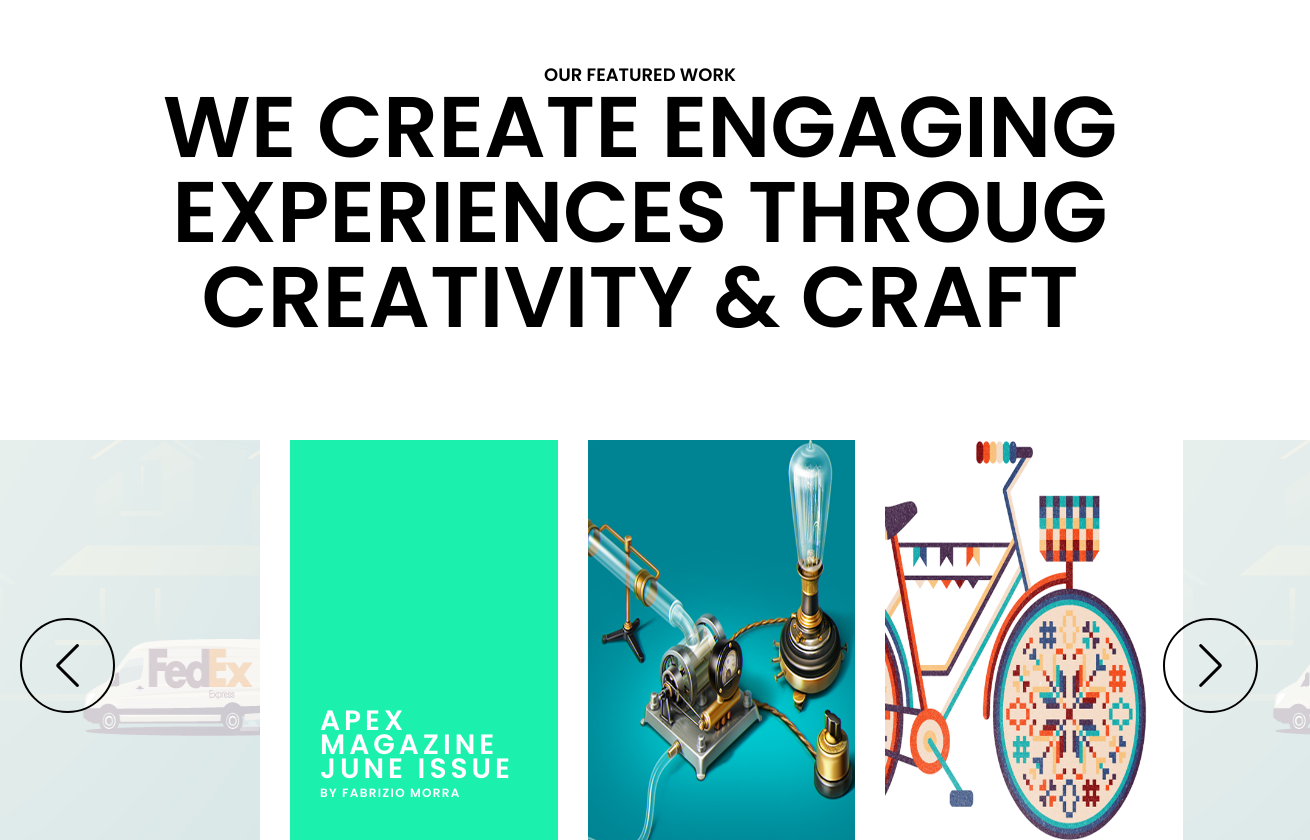
Repository: NastyaGavrilova/Beetroot-js
Page: HW10/index.html
The author's editor kept a copy of each file at every save. The page is drawn from the files as they stood at one save, then again after the next save.
The browser window is 1280 px wide. The page is 1310 px wide, so the pictures cover 1310 px, including what lies to the right of the window. The pictures show the whole page.

Above is the page before, as saved 2021-11-02 17:13:03.

### HW10/index.html
<!DOCTYPE html>
<html lang="en">
  <head>
    <meta charset="UTF-8" />
    <meta http-equiv="X-UA-Compatible" content="IE=edge" />
    <meta name="viewport" content="width=device-width, initial-scale=1.0" />
    <!-- Swiper -->
    <link
      rel="stylesheet"
      href="https://unpkg.com/swiper@7/swiper-bundle.min.css"
    />
    <!-- Normilize -->
    <link
      rel="stylesheet"
      href="https://cdnjs.cloudflare.com/ajax/libs/normalize/8.0.1/normalize.min.css"
      integrity="sha512-NhSC1YmyruXifcj/KFRWoC561YpHpc5Jtzgvbuzx5VozKpWvQ+4nXhPdFgmx8xqexRcpAglTj9sIBWINXa8x5w=="
      crossorigin="anonymous"
      referrerpolicy="no-referrer"
    />
    <!-- FONTS  -->
    <link rel="preconnect" href="https://fonts.googleapis.com" />
    <link rel="preconnect" href="https://fonts.gstatic.com" crossorigin />
    <link
      href="https://fonts.googleapis.com/css2?family=Poppins:wght@400;600;700&display=swap"
      rel="stylesheet"
    />
    <!-- Styles -->
    <link rel="stylesheet" href="./index.css" />
    <title>Document</title>
  </head>
  <body>
    <div class="c-container">
      <header class="c-header">
        <div class="c-header__wrapper">
          <div class="c-header__title">
            <h4 class="e-subtitle">OUR FEATURED WORK</h4>
            <h2 class="e-title">
              WE CREATE ENGAGING EXPERIENCES THROUG CREATIVITY &amp; CRAFT
            </h2>
          </div>
        </div>
      </header>

      <div class="swiper-container">
        <div class="swiper">
          <!-- Additional required wrapper -->
          <div class="swiper-wrapper">
            <!-- Slides -->
            <div class="swiper-slide width">
              <img src="./assets/img/Rectangle8.png" alt="1" />
              <div class="swiper-slide__description">
                <p class="swiper-slide__text">
                  APEX MAGAZINE <br />
                  JUNE ISSUE
                </p>
                <p class="swiper-slide__author">BY FABRIZIO MORRA</p>
              </div>
            </div>
            <div class="swiper-slide width">
              <img src="./assets/img/Layer7.png" alt="2" />
            </div>
            <div class="swiper-slide width">
              <img src="./assets/img/Layer9.png" alt="3" />
            </div>
            <div class="swiper-slide width">
              <img src="./assets/img/Layer10.png" alt="4" />
            </div>
            ...
          </div>

          <!-- If we need navigation buttons -->
          <div class="swiper-button-prev" id="js-swiper-prev"></div>
          <div class="swiper-button-next" id="js-swiper-next"></div>
        </div>
      </div>
    </div>
    <script src="https://unpkg.com/swiper@7/swiper-bundle.min.js"></script>
    <script src="./index.js"></script>
  </body>
</html>

### HW10/index.css
* {
  box-sizing: border-box;
  padding: 0;
  margin: 0;
}

body {
  font-family: "Poppins", sans-serif;
  max-width: 1920px;
  margin: 0 auto;
}

.c-header__wrapper {
  margin: 65px 0 100px 0;
}
.c-header__title {
  text-align: center;
  max-width: 1030px;
  margin: 0 auto;
}
.e-subtitle {
  line-height: 20px;
  font-weight: 600;
  font-size: 18px;
}
.e-title {
  line-height: 85px;
  font-weight: 600;
  font-size: 86px;
}

.swiper {
  padding-left: 150px;
  height: 400px;
  width: 100%;
}

.swiper-wrapper {
  padding-left: 140px;
}
.swiper-slide {
  position: relative;
  overflow: hidden;
  width: 440px;
}
.swiper-slide img {
  transition: 0.4s ease;
  height: 100%;
  width: 100%;
}
.swiper-slide__description {
  position: absolute;
  color: white;
  bottom: 35px;
  left: 30px;
}

.swiper-slide__text {
  letter-spacing: 4px;
  line-height: 24px;
  font-weight: 600;
  font-size: 28px;
}

.swiper-slide__author {
  line-height: 24px;
  font-weight: 600;
  font-size: 12px;
  letter-spacing: 1.3px;
}
/* .swiper-slide-prev img {
  opacity: 0.5;
} */

.swiper-container {
  margin-right: -30px;
}

.swiper-container .swiper-button-next,
.swiper-button-prev {
  border: 2px solid black;
  border-radius: 50%;
  padding: 20px;
  /* right: 190px; */
  height: 95px;
  width: 95px;
}

.swiper-container .swiper-button-next {
  right: 52px;
}
.swiper-container .swiper-button-prev {
  left: 20px;
}
/* .swiper-container. */

/* .swiper-container.swiper-button-prev,
.swiper-rtl .swiper-button-next {
  border: 2px solid black;
  border-radius: 50%;
  padding: 20px;
  height: 50px;
  width: 50px;
  left: 10px;
} */

.swiper-container .swiper-button-next,
.swiper-rtl .swiper-button-prev:after {
  color: black;
}

.swiper-container .swiper-button-prev,
.swiper-rtl .swiper-button-next:after {
  color: black;
}

### HW10/index.js
const swiper = new Swiper(".swiper", {
  direction: "horizontal",
  spaceBetween: 30,
  slidesPerView: 4,
  loop: true,
  navigation: {
    nextEl: ".swiper-button-next",
    prevEl: ".swiper-button-prev",
  },
  // effect: "cube",
});

const swiperPrevBtn = document.getElementById("js-swiper-prev");
swiperPrevBtn.addEventListener("click", () => {
  swiper.slidePrev();
});

const swiperNextBtn = document.getElementById("js-swiper-next");
swiperNextBtn.addEventListener("click", () => {
  swiper.slideNext();
});

After the next save:
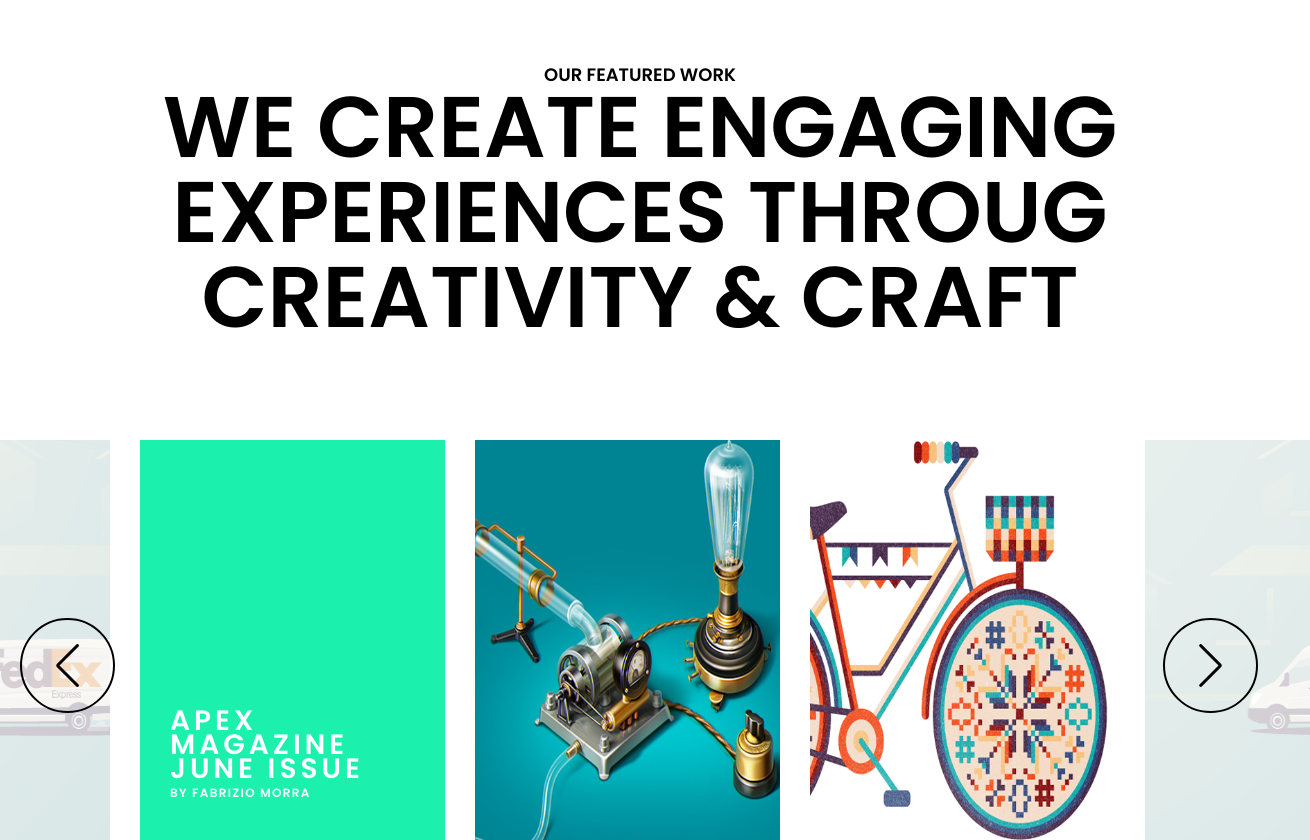
Saved 91 s later.
--- a/HW10/index.css
+++ b/HW10/index.css
@@ -30,7 +30,6 @@ body {
 }
 
 .swiper {
-  padding-left: 150px;
   height: 400px;
   width: 100%;
 }
